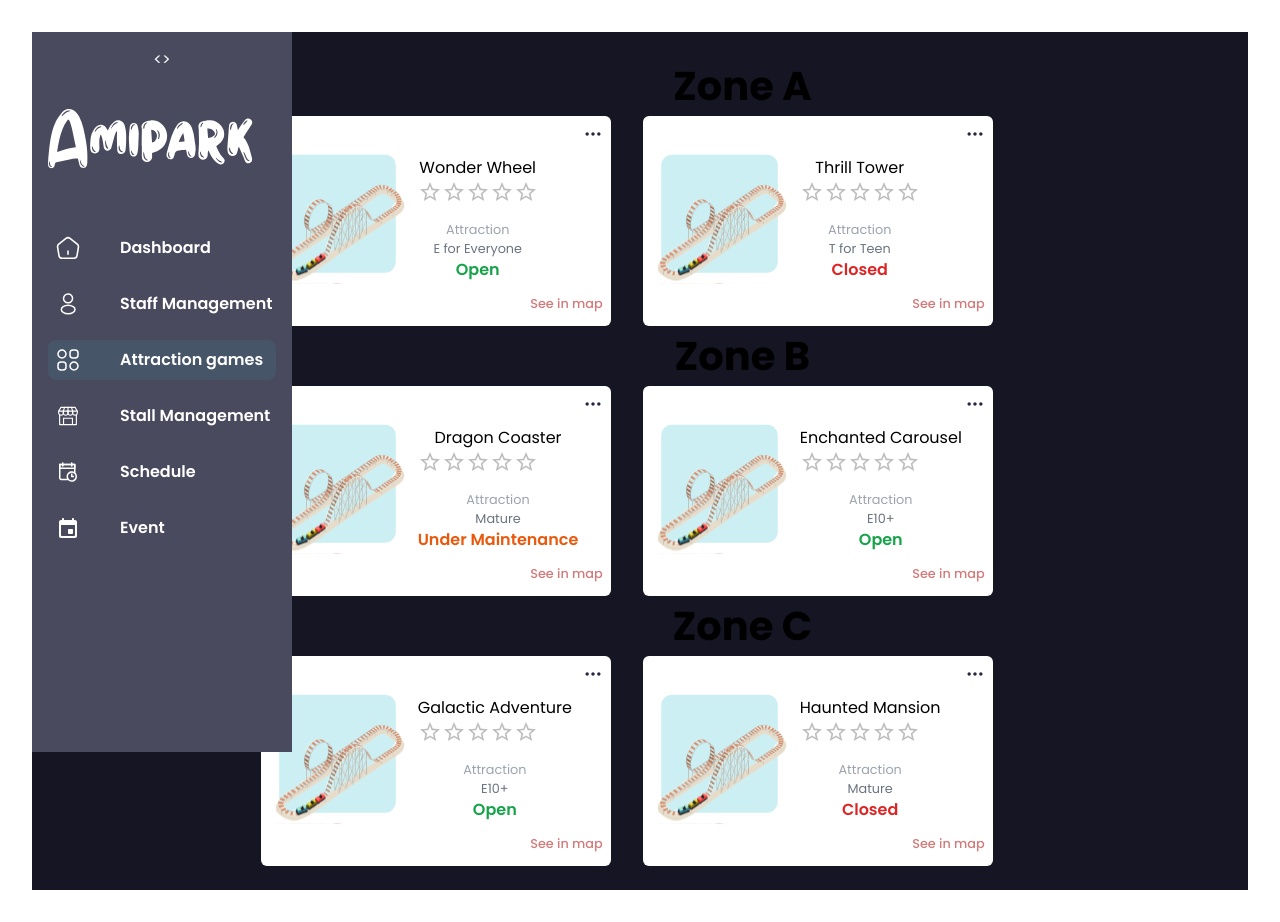
Repository: ImedBousakhria/BDD_AmusementPark_Management-Info
Page: /Attraction (app in client/)
An editor plug-in stored every save of this project. The page is shown before and after a run of saves, followed by the edit.
The browser window is 1280 px wide. The pictures show the whole page.
The project was rebuilt for these pictures with package versions that can differ from the ones it lists, and the page was loaded fresh each time. Also part of the build but not shown: client/vite.config.js, client/src/SignIn.jsx, client/src/Signup.jsx, client/src/LandingPage.jsx, client/src/components/Selector.jsx, client/src/Schedule.jsx, client/src/components/charts/AttendanceBars.jsx, client/src/components/charts/AttractionBars.jsx and 9 more.

Above is the page before, as saved 2024-01-10 21:08:51.

### client/src/App.jsx
import React from "react";
import ReactDOM from "react-dom/client";
import { createRoot } from "react-dom/client";

import { BrowserRouter, Routes, Route } from "react-router-dom";

import SignIn from "./SignIn.jsx";
import SignUp from "./Signup.jsx";
import "./index.css";
import LandingPage from "./LandingPage.jsx";
import Schedule from "./Schedule.jsx";
import Dashboard from "./Dashboard.jsx";
import HomeLayout from "./components/super/HomeLayout.jsx";
import Attractions from "./Attractions.jsx";
import Event from "./Event.jsx";
import Stall from "./Stall.jsx";
import Staff from "./Staff.jsx";

const App = () => {
  return (
    <BrowserRouter>
      <Routes>
        <Route path={"/"} element={<LandingPage />} />

        <Route path={"/Signup"} element={<SignUp />} />
        <Route path={"/Signin"} element={<SignIn />} />
        <Route
          path={"/Schedule"}
          element={<HomeLayout pageComponent={<Schedule />} />}
        />
        <Route
          path={"/Home"}
          element={<HomeLayout pageComponent={<Dashboard />} />}
        />
        <Route
          path={"/Attraction"}
          element={<HomeLayout pageComponent={<Attractions />} />}
        />
        <Route
          path={"/Event"}
          element={<HomeLayout pageComponent={<Event />} />}
        />
        <Route
          path={"/Stall"}
          element={<HomeLayout pageComponent={<Stall />} />}
        />
        <Route
          path={"/Staff"}
          element={<HomeLayout pageComponent={<Staff />} />}
        />
      </Routes>
    </BrowserRouter>
  );
};

export default App;

const root = createRoot(document.getElementById("root"));
root.render(<App />);

### client/src/index.css
@import url("https://fonts.googleapis.com/css2?family=Poppins:wght@100;300;400;500;600;700&display=swap");

@tailwind base;
@tailwind components;
@tailwind utilities;

@layer base {
  a {
    @apply cursor-pointer;
  }
  h1 {
    @apply text-[50px] font-bold;
  }
  h2 {
    @apply text-[2.5rem] font-bold;
  }
  p {
  }
  h3 {
  }
  h4 {
    @apply text-[1rem] font-semibold;
  }
  textarea {
  }
  input {
  }
  select {
  }
}

* {
  font-family: "Poppins", sans-serif;
  box-sizing: border-box;
  padding: 0;
  margin: 0;
}

.bg-grad {
  background: linear-gradient(180deg, transparent 0%, #272741 80%);
}

.VerticalAppointment-content {
  width: max-content;
  color: "#333" !important ;
}
.Appointment-appointment {
  color: "#333" !important ;
}

.MainLayout-stickyElement {
  color: "#fff" !important;
}

.css-1675apn-MuiTableCell-root .Cell-highlightedText {
}


.nav-item::after {
  content: "";
  display: block;
  width: 0;
  height: 2px;
  margin-top: 2px;
  background-color: rgb(102, 209, 243);
  transition: width 0.3s;
}

.nav-item:hover::after {
  width: 100%;
}

.VerticalAppointment-title, .VerticalAppointment-textContainer {
  @apply text-gray-400 font-light
}

### client/src/components/super/HomeLayout.jsx
import React, { useState } from "react";
import SideBar from "./SideBar";

const HomeLayout = ({ pageComponent }) => {
  const [isSidebarOpen, setIsSidebarOpen] = useState(true);

  return (
    <div className=" flex bg-darkBG">
      <div
        className={` transition-all duration-300 ${
          isSidebarOpen ? " basis-[17%] " : " basis-[9%]"
        } `}
      >
        <SideBar
          isSidebarOpen={isSidebarOpen}
          setIsSidebarOpen={setIsSidebarOpen}
        />
      </div>

      <div
        className={` ${
          isSidebarOpen ? " basis-[80%] " : " basis-[80%]"
        } h-full w-full m-6 `}
      >
        {pageComponent}
      </div>
    </div>
  );
};

export default HomeLayout;

### client/src/Attractions.jsx
import React from "react";
import StaffList from "./components/StaffList";
import { zones } from "./consts";
import GameCard from "./components/GameCard";

const Attractions = () => {
  return (
    <div className="flex min-h-screen w-full">
      <div className=" w-full">
        {zones.map((zone, zoneIndex) => (
          <div key={zoneIndex} className="">
            <h2>{zone.title}</h2>
            <div className="flex gap-[2rem]">
              {zone.games.map((game, gameIndex) => (
                <GameCard attraction={game} />
              ))}
            </div>
          </div>
        ))}
      </div>

      {/* <div className="basis-[60%]">
        <StaffList />
      </div> */}
    </div>
  );
};

export default Attractions;

function zoneLabel({ number }) {
  return (
    <div className=" bg-white rounded-xl p-2 cursor-pointer ">
      Zone {number}
    </div>
  );
}

### client/src/components/GameCard.jsx
import React, { useState } from "react";
import game from "../assets/icons/game.svg";
import moredots from "../assets/icons/moredots.svg";
import Rating from "@mui/material/Rating";

const GameCard = ({ attraction }) => {
  return (
    <div className="flex flex-col bg-white h-[210px] min-h-max w-[350px] min-w-max rounded-md p-2">
      <img
        src={moredots}
        className="w-5 place-self-end cursor-pointer hover:opacity-60"
        alt=""
      />
      <div className="flex w-[100%]">
        <img src={game} alt="" />
        <Details
          title={attraction.title}
          genre={"Attraction"}
          age={attraction.ageRating}
          currentStatus={attraction.status}
        />
      </div>
      <small className="text-customPink font-medium cursor-pointer place-self-end">
        See in map
      </small>
    </div>
  );
};

export default GameCard;

const Details = ({ title, userType, genre, age, currentStatus }) => {
  const [value, setValue] = useState(0);

  let statusColorClass = "";

  switch (currentStatus) {
    case "Open":
      statusColorClass = "text-green-600";
      break;
    case "Closed":
      statusColorClass = "text-red-600";
      break;
    case "Under Maintenance":
      statusColorClass = "text-orange-600";
      break;
    default:
      statusColorClass = "";
  }

  return (
    <div className="flex flex-col p-3">
      <h3 className="overflow-hidden">{title}</h3>
      <Rating
        name="simple-controlled"
        value={value}
        readOnly={userType}
        onChange={(event, newValue) => {
          setValue(newValue);
        }}
      />
      <small className="text-gray-400 mt-4">{genre}</small>
      <small className="text-gray-500">{age}</small>
      <p className={` ${statusColorClass} font-semibold`}>{currentStatus}</p>
    </div>
  );
};

### client/src/components/super/SideBar.jsx
import React, { useState } from "react";
import logo from "../../assets/icons/logo.svg";
import game from "../../assets/nav icons/attractions.svg";
import dashboard from "../../assets/nav icons/dashboard.svg";
import event from "../../assets/nav icons/event.svg";
import schedule from "../../assets/nav icons/schedule.svg";
import staff from "../../assets/nav icons/staff.svg";
import stall from "../../assets/nav icons/stall.svg";
import { Link, useLocation } from "react-router-dom";
import { motion } from "framer-motion";

const SideBar = ({ isSidebarOpen, setIsSidebarOpen }) => {
  const location = useLocation();
  const sidebarVariants = {
    open: { width: "260px" }, // Width while SideBar's open
    closed: { width: "70px" }, // Closed
  };

  const sidebarTransition = {
    type: "tween",
    duration: 0.3,
  };

  const toggleSidebar = (state) => {
    state === "on" ? setIsSidebarOpen(true) : setIsSidebarOpen(false);
  };

  return (
    <motion.div
      variants={sidebarVariants}
      initial="open"
      transition={sidebarTransition}
      animate={isSidebarOpen ? "open" : "closed"}
      className={`fixed h-screen bg-lightBG text-white p-4 flex flex-col `}
    >
      <div>
        <div className=" flex flex-col gap-[2rem]">
          <h3
            className="cursor-pointer"
            onClick={() => setIsSidebarOpen(!isSidebarOpen)}
          >
            {"<>"}
          </h3>
          <img
            src={logo}
            alt="Your Logo"
            className={`transition-transform origin-left duration-300      ${
              isSidebarOpen ? " scale-90" : ""
            }

            } `}
          />
        </div>
      </div>
      <div className="mt-10">
        <ul className="">
          <SidebarButton
            barState={isSidebarOpen}
            to="/home"
            icon={dashboard}
            text="Dashboard"
            currentPath={location.pathname}
            onClick={() => toggleSidebar("on")}
          />
          <SidebarButton
            barState={isSidebarOpen}
            to="/Staff"
            icon={staff}
            text="Staff Management"
            currentPath={location.pathname}
            onClick={() => toggleSidebar("on")}
          />
          <SidebarButton
            barState={isSidebarOpen}
            to="/Attraction"
            icon={game}
            text="Attraction games"
            currentPath={location.pathname}
            onClick={() => toggleSidebar("on")}
          />
          <SidebarButton
            barState={isSidebarOpen}
            to="/Stall"
            icon={stall}
            text="Stall Management"
            currentPath={location.pathname}
            onClick={() => toggleSidebar("on")}
          />

          <SidebarButton
            barState={isSidebarOpen}
            to={"/schedule"}
            icon={schedule}
            text="Schedule"
            currentPath={location.pathname}
            /* onClick={() => {
              toggleSidebar("on");
              toggleDropDown();
            }} */
            /* "Remove Token from Local Storage"); */
          />
          <SidebarButton
            barState={isSidebarOpen}
            to="/Event"
            icon={event}
            text="Event"
            currentPath={location.pathname}
            onClick={() => toggleSidebar("on")}
          />
        </ul>
      </div>
    </motion.div>
  );
};

function SidebarButton({ to, icon, text, currentPath, onClick, barState }) {
  const isCurrent = to === currentPath;

  return (
    <li onClick={onClick}>
      <Link
        to={to}
        className={`flex items-center p-2 rounded-lg transition-colors  my-4 flex-shrink-0 ${
          isCurrent ? " bg-slate-600" : " hover:bg-slate-800 "
        }
          `}
      >
        {/* <i className={`${icon} text-xl mr-2`} /> */}
        <img
          src={icon}
          className={` ${barState ? "  " : "  "} h-6 w-6 mr-10`}
          alt="notification"
        />

        <span
          className={`    transition-transform origin-left duration-300      ${
            barState ? "scale-100" : "scale-0"
          }
          min-w-max font-semibold monstserrat text-white `}
        >
          {text}
        </span>
      </Link>
    </li>
  );
}

export default SideBar;

### client/src/consts.js
export const zones = [
  {
    title: "Zone A",
    teams: [
      {
        name: "Team 1",
        staff: [
          { name: "Alice Johnson", email: "alice@example.com" },
          { name: "Bob Smith", email: "bob@example.com" },
        ],
      },
      {
        name: "Team 2",
        staff: [
          { name: "Charlie Brown", email: "charlie@example.com" },
          { name: "Diana Miller", email: "diana@example.com" },
        ],
      },
    ],
    games: [
      {
        title: "Wonder Wheel",
        ageRating: "E for Everyone",
        status: "Open",
      },
      {
        title: "Thrill Tower",
        ageRating: "T for Teen",
        status: "Closed",
      },
    ],
    stalls: [
      {
        name: "Stall 1",
        category: "Food",
      },
      {
        name: "Stall 2",
        category: "Gift",
      },
    ],
  },
  {
    title: "Zone B",
    teams: [
      {
        name: "Team 3",
        staff: [
          { name: "Eva Davis", email: "eva@example.com" },
          { name: "Frank Thomas", email: "frank@example.com" },
        ],
      },
      {
        name: "Team 4",
        staff: [
          { name: "Grace Wilson", email: "grace@example.com" },
          { name: "Henry Clark", email: "henry@example.com" },
        ],
      },
    ],
    games: [
      {
        title: "Dragon Coaster",
        ageRating: "Mature",
        status: "Under Maintenance",
      },
      {
        title: "Enchanted Carousel",
        ageRating: "E10+",
        status: "Open",
      },
    ],
    stalls: [
      {
        name: "Stall 3",
        category: "Food",
      },
      {
        name: "Stall 4",
        category: "Gift",
      },
    ],
  },
  {
    title: "Zone C",
    teams: [
      {
        name: "Team 5",
        staff: [
          { name: "Isaac White", email: "isaac@example.com" },
          { name: "Jessica Turner", email: "jessica@example.com" },
        ],
      },
      {
        name: "Team 6",
        staff: [
          { name: "Kevin Harris", email: "kevin@example.com" },
          { name: "Laura Evans", email: "laura@example.com" },
        ],
      },
    ],
    games: [
      {
        title: "Galactic Adventure",
        ageRating: "E10+",
        status: "Open",
      },
      {
        title: "Haunted Mansion",
        ageRating: "Mature",
        status: "Closed",
      },
    ],
    stalls: [
      {
        name: "Stall 5",
        category: "Food",
      },
      {
        name: "Stall 6",
        category: "Gift",
      },
    ],
  },
  // Add more zones as needed
];

### client/tailwind.config.js
/** @type {import('tailwindcss').Config} */
module.exports = {
  content: ["./src/**/*.{js,jsx,ts,tsx}"],
  theme: {
    extend: {
      colors: {
        customGray : "#F5F5F5",
        customDark : "#323134",
        customPink : "#D37A7B",
        customPurple : "#A5A4FF",
        customYellow : "#F9B234",
        customBlue : "#1ABBED",
        primaryBG: "#272741",
        lightBG: "#4A4A5F",
        darkBG: "#151523",

        creamYellow: "#FBCB77",
        creamPink: "#F1B7C1",
        creamBlue: "#66D1F3",
        creamPurple: "#BBB4D7",
        creamGreen: "#A7EAD1",
        creamOrange: "#FFCEAB",
        creamLime: "#E3E9BE"

      },
    },
  },
  plugins: [],
};

Loaded but not shown: client/index.html (common file); client/src/App.css (common file)

After the next 8 saves:
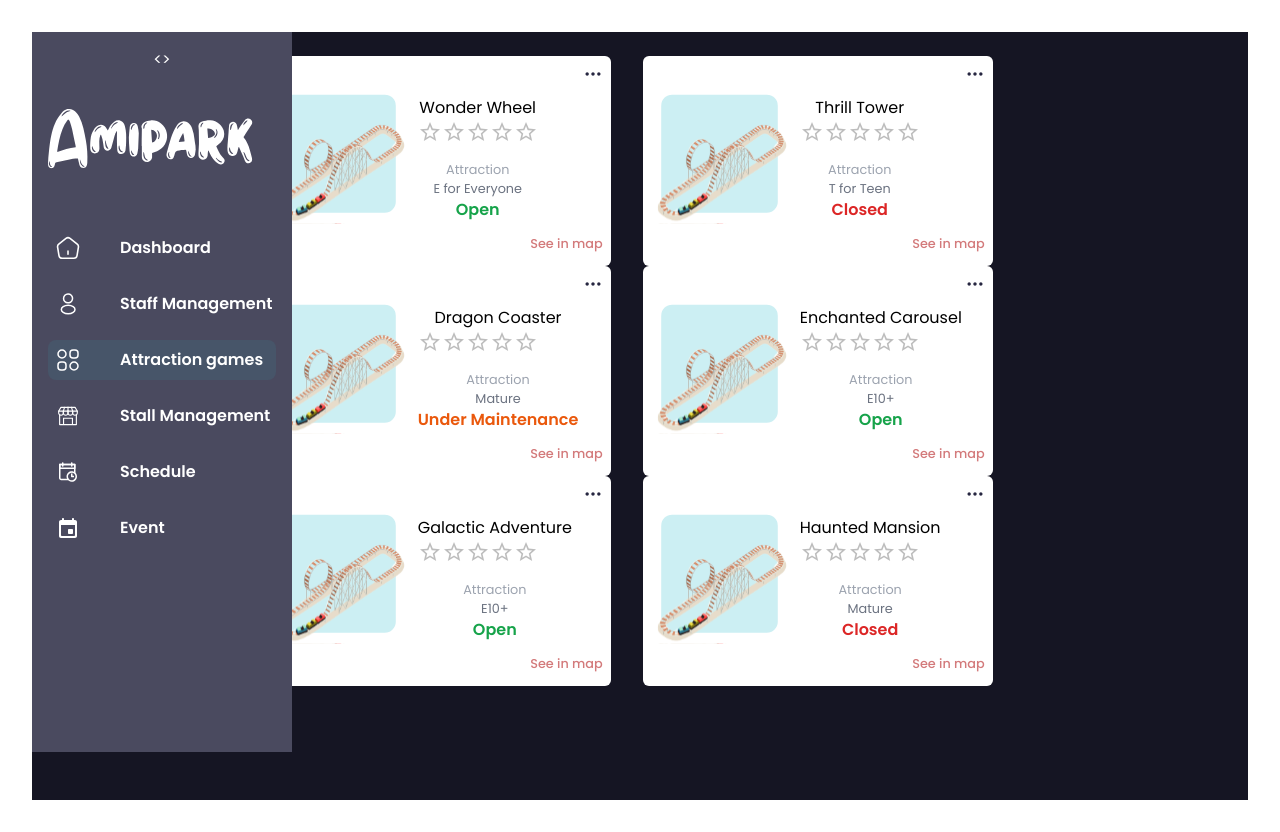
The 8 saves are shown as one change because 1 did not build or start and some came seconds apart.
The last was saved 23 s later.
--- a/client/src/Attractions.jsx
+++ b/client/src/Attractions.jsx
@@ -9,7 +9,7 @@ const Attractions = () => {
       <div className=" w-full">
         {zones.map((zone, zoneIndex) => (
           <div key={zoneIndex} className="">
-            <h2>{zone.title}</h2>
+            <zoneLabel number={zoneIndex} />
             <div className="flex gap-[2rem]">
               {zone.games.map((game, gameIndex) => (
                 <GameCard attraction={game} />
